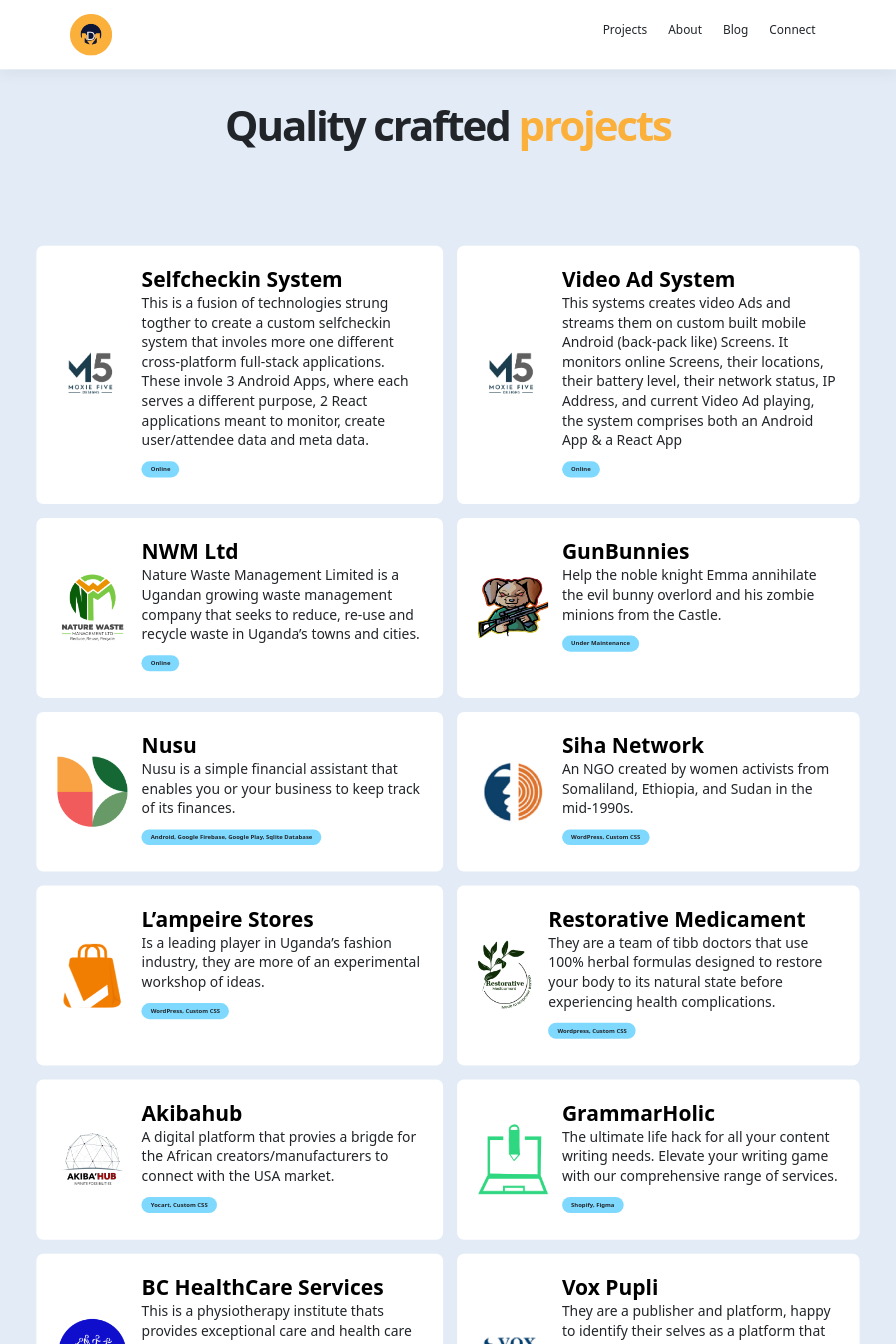
Repository: kaizoku010/firebrand
Page: /apps
These files come from the project's save history. The page is drawn as it stood at one moment and after the next save; the edit follows.
The browser window is 1280 px wide. The pictures show the part of the page from y = 0 to 1920 px (the page is 3160 px tall), at 70% of full size.
The project was rebuilt for these pictures with package versions that can differ from the ones it lists, and the page was loaded fresh each time. Also part of the build but not shown: vite.config.js, src/update/homescreen.css, src/update/homescreen.js, src/update/blog.css, src/update/blog.js, src/update/connect.css, src/update/connect.js. Imported but missing from the stored project, and not drawn on this page: src/update/about.js.

Above is the page before, as saved 2024-05-27 13:18:27.

### public/index.html
<!DOCTYPE html>
<html lang="en">
  <head>
    <meta charset="utf-8" />
    <link rel="icon" href="%PUBLIC_URL%/logo.ico" />
    <meta name="viewport" content="width=device-width, initial-scale=1" />
    <meta name="theme-color" content="#000000" />
    <meta
      name="description"
      content="Welcome to Firebrand, Home of Dixon Muneza"
    />
    <link rel="apple-touch-icon" href="%PUBLIC_URL%/logo.png" />
    <!--
      manifest.json provides metadata used when your web app is installed on a
      user's mobile device or desktop. See https://developers.google.com/web/fundamentals/web-app-manifest/
    -->
    <link rel="manifest" href="%PUBLIC_URL%/manifest.json" />
    <!--
      Notice the use of %PUBLIC_URL% in the tags above.
      It will be replaced with the URL of the `public` folder during the build.
      Only files inside the `public` folder can be referenced from the HTML.

      Unlike "/favicon.ico" or "favicon.ico", "%PUBLIC_URL%/favicon.ico" will
      work correctly both with client-side routing and a non-root public URL.
      Learn how to configure a non-root public URL by running `npm run build`.
    -->
    <title>Dixon Muneza</title>
    <!-- Global site tag (gtag.js) - Google Analytics -->
<script async src="https://www.googletagmanager.com/gtag/js?id=G-C8GX9VTJ6W"></script>
<script>
  window.dataLayer = window.dataLayer || [];
  function gtag(){dataLayer.push(arguments);}
  gtag('js', new Date());

  gtag('config', 'G-C8GX9VTJ6W');
</script>
  </head>
  <body>
    <noscript>You need to enable JavaScript to run this app.</noscript>
    <div id="root"></div>
    <!--
      This HTML file is a template.
      If you open it directly in the browser, you will see an empty page.

      You can add webfonts, meta tags, or analytics to this file.
      The build step will place the bundled scripts into the <body> tag.

      To begin the development, run `npm start` or `yarn start`.
      To create a production bundle, use `npm run build` or `yarn build`.
    -->
  </body>
</html>

### src/App.css
body {
  -webkit-font-smoothing: antialiased;
  background-color: #f3f6f8;
  margin-top: 0px;
  font-family:  ui-sans-serif,system-ui,-apple-system,BlinkMacSystemFont,Segoe UI,Roboto,Helvetica Neue,Arial,Noto Sans,sans-serif,apple color emoji,segoe ui emoji,Segoe UI Symbol,noto color emoji;
;
}

.content{
display: none !important;
}

a {
  text-decoration: none;
  color: #5747ff !important;
}

@media only screen and (max-width: 900px) {
  .holder__ {
    text-align: center;
    padding: 20px;
  }
}

.thumb-lg {
  height: 88px;
  width: 88px;
}
.profile-user-box {
  position: relative;
  border-radius: 5px;
}
.bg-custom {
  /*background-color: #02c0ce !important;  */
  background-color: #02191b !important;
  /* 02191b */
}
.profile-user-box {
  position: relative;
  border-radius: 5px;
}

.card-box {
  padding: 20px;
  position: sticky;
  border-radius: 3px;
  margin-bottom: 30px;
  z-index: 1;
  top: 0;
  background-color: #fff;
}
.inbox-widget .inbox-item img {
  width: 40px;
}

.inbox-widget .inbox-item {
  border-bottom: 1px solid #f3f6f8;
  overflow: hidden;
  padding: 10px 0;
  position: relative;
}

.inbox-widget .inbox-item .inbox-item-img {
  display: block;
  float: left;
  margin-right: 15px;
  width: 40px;
}

.inbox-widget .inbox-item img {
  width: 40px;
}

.inbox-widget .inbox-item .inbox-item-author {
  color: #313a46;
  display: block;
  margin: 0;
}

.inbox-widget .inbox-item .inbox-item-text {
  color: #98a6ad;
  display: block;
  font-size: 14px;
  margin: 0;
}

.inbox-widget .inbox-item .inbox-item-date {
  color: #98a6ad;
  font-size: 11px;
  position: absolute;
  right: 7px;
  top: 12px;
}

.comment-list .comment-box-item {
  position: relative;
}

.comment-list .comment-box-item .commnet-item-date {
  color: #98a6ad;
  font-size: 11px;
  position: absolute;
  right: 7px;
  top: 2px;
}

.comment-list .comment-box-item .commnet-item-msg {
  color: #313a46;
  display: block;
  margin: 10px 0;
  font-weight: 400;
  font-size: 15px;
  line-height: 24px;
}

.comment-list .comment-box-item .commnet-item-user {
  color: #98a6ad;
  display: block;
  font-size: 14px;
  margin: 0;
}

.comment-list a + a {
  margin-top: 15px;
  display: block;
}

.ribbon-box .ribbon-primary {
  background: #2d7bf4;
}

.ribbon-box .ribbon {
  position: relative;
  float: left;
  clear: both;
  padding: 5px 12px 5px 12px;
  margin-left: -30px;
  margin-bottom: 15px;
  font-family: Rubik, sans-serif;
  -webkit-box-shadow: 2px 5px 10px rgba(49, 58, 70, 0.15);
  -o-box-shadow: 2px 5px 10px rgba(49, 58, 70, 0.15);
  box-shadow: 2px 5px 10px rgba(49, 58, 70, 0.15);
  color: #fff;
  font-size: 13px;
}
.text-custom {
  color: #949797 !important;
}

.badge-custom {
  background: #02c0ce;
  color: #fff;
}
.badge {
  font-family: Rubik, sans-serif;
  -webkit-box-shadow: 0 0 24px 0 rgba(0, 0, 0, 0.06),
    0 1px 0 0 rgba(0, 0, 0, 0.02);
  box-shadow: 0 0 24px 0 rgba(0, 0, 0, 0.06), 0 1px 0 0 rgba(0, 0, 0, 0.02);
  padding: 0.35em 0.5em;
  font-weight: 500;
}
.text-muted {
  color: #98a6ad !important;
}
project_list
.font-13 {
  font-size: 13px !important;
}

.fire-text {
  text-align: justify;
}

@media screen and (max-width: 800px) {
  .card-box {
    padding: 20px !important;
    position: sticky;
    border-radius: 3px;
    margin-bottom: 30px;
    z-index: 1;
    top: 0;
    background-color: #fff;
  }
}


.main-color{
  color: #fbb03b;
}

### src/update/header.js
import React from 'react'
import "./header.css"
import Logo from "../img/logo.png"
import Email from "../img/email.png"
import { Link } from "react-router-dom";

function header() {
  return (
      <header class="header">
    <nav>
    <div class="logo">
          <a class="name_logo" href="index.html">Muneza.<span>Dixon</span></a>
        <Link to="/">  <img class="fireband-logo" src={ Logo} /></Link>
    </div>
    <input type="checkbox" id="menu-toggle"/>
    <label for="menu-toggle" class="menu-icon">&#9776;</label>
    <ul class="menu">
      <li><Link to={"apps"}>Projects</Link></li>
      <li><Link to={"about"} href="#">About</Link></li>
      <li><Link to={"blog"}>Blog</Link></li>
      <li><a href={"connect"}>Connect</a></li>
    </ul>
  </nav>
</header>
  )
}
// #9f0009 reds
export default header

### src/update/header.css
header_div {
    padding: 0;
    margin: 0;
    box-sizing: border-box;
    font-family: sans-serif;
    text-decoration: none;
    list-style: none;
  }


  .name_logo{
    display:none;
  }

  .header {
    position: sticky;
    top: 0;
    grid-area: header;
    width: 100%;
    box-shadow: 0 4px 20px hsla(207, 24%, 35%, 0.1);
    background-color: white;
    z-index: 2;
  }

  .email-ic{
    width:38px;
  }

  nav {
    display: flex;
    justify-content: space-between;
    align-items: center;
    padding: 20px 100px;
  }

  .logo a {
    font-size: 24px;
    font-weight: bold;
    color: #fff;
  }

  .logo a span {
    color: #8739fa;
  }


  .menu {
    display: flex;
    list-style:none;
    justify-content: center;
    align-items: center;
  }

  .menu a {
    display: block;
    padding: 7px 15px;
    font-size: 17px;
    font-weight: 500;
    transition: 0.2s all ease-in-out;
    color: #fff;
  }

  .menu:hover a {
    opacity: 0.4;
  }

  .menu a:hover {
    opacity: 1;
    color: #fff;
  }

  .menu-icon {
    display: none;
  }

  #menu-toggle {
    display: none;
  }

  #menu-toggle:checked ~ .menu {
    transform: scale(1, 1);
  }

  @media only screen and (max-width: 950px) {
    .menu {
      flex-direction: column;
      background-color: white;
      align-items: start;
      position: absolute;
      top: 82px;
      left: 0;
      width: 100%;
      z-index: 1;
      padding-left: 10px;
      transform: scale(1, 0);
      transform-origin: top;
      transition: transform 0.3s ease-in-out;
      box-shadow: rgba(0, 0, 0, 0.15) 1.95px 1.95px 2.6px;
    }

    nav {
      display: flex;
      justify-content: space-between;
      align-items: center;
      padding: 18px 30px;
  }

    .name_logo{
        display:none;
      }

    .menu a {
      margin-left: 12px;
    }

    .menu li {
      margin-bottom: 10px;
    }

    .menu-icon {
      display: block;
      color: black;
      font-size: 28px;
      cursor: pointer;
    }
    /* my logo */

  .fireband-logo{
    width: 50px !important;

  }
  }



  .fireband-logo{
    width: 60px;
  }


  .header a {
    color:#212529 !important
      }
    .header a:hover {
        color:#fbb03b !important;
    }

### src/update/appsPage.css
.appsHolder {
  background-color: #e3ecf6 !important;
  padding-right: 1.5em;
  padding-left: 1.5em;
}

.appsHeading {
  text-align: center;
  font-size: 3.75em;
  line-height: 1;
  margin-bottom: 4rem;
  font-weight: 700;
  letter-spacing: -0.05em !important;
  padding: 50px;
}

.sites-holder {
  place-content: center !important;
}

.apps-span {
  color: #fbb03b;
}

.sites {
  display: flex;
  gap: 50px;
  place-content: center !important;
}

.top-element:hover {
  box-shadow: 0 4px 8px 0 rgba(0, 0, 0, 0.2), 0 4px 20px 0 rgba(0, 0, 0, 0);
  transition: 0.75rem;
}

.top-element {
  cursor: pointer;
  width: -moz-fit-content;
  width: fit-content;
  background-color: white;
  display: flex;

  padding: 30px;
  border-radius: 10px;
  flex-direction: row;
}

.site-title {
  font-size: 1.875rem;
  line-height: 2.25rem;
  color: black;
  font-weight: 700;
  margin-bottom: 0.125rem;
}

.site-title:hover {
  color: #f2b44d;
}

.site-logo {
  width: 100px;
  align-self: center;
  height: 100px;
  border-radius: 0px;
}

.site-text-holder {
  display: flex;
  padding-left: 20px;
  flex-direction: column;
}

.site-desc {
  font-size: 1.24rem;
  font-weight: 400;
  line-height: 1.75rem;
}

.chip-layout {
  display: flex;
  gap: 12px;
}
.sites-list {
  display: grid;
  grid-template-columns: repeat(2, auto);
  grid-template-rows: auto;
  padding: 1%;
  gap: 20px;
  list-style-type: none;
  margin: 1rem;
  height: -webkit-max-content;
  height: max-content;
}

/* mobile view */
@media only screen and (max-width: 950px) {
  .sites-list {
    display: grid;
    grid-template-columns: repeat(1, auto);
    grid-template-rows: auto;
    padding: 1%;
    gap: 10px;
    list-style-type: none;
    margin: 1rem;
    height: -webkit-max-content;
    height: max-content;
  }
  .site-title:hover {
    color: #f2b44d;
  }

  .appsHolder {
    background-color: #e3ecf6 !important;
    padding-right: 0.5em;
    padding-left: 0.5em;
  }

  .site-logo {
    /* width: 100%; */
    align-self: center;
    margin-left: 20px !important;
    height: 100px;
    border-radius: 0px;
  }

  .appsHeading {
    text-align: center;
    font-size: 3.75em;
    line-height: 1;
    padding: 24px !important;
    text-align: justify !important;
    margin-bottom: 0rem !important;
    font-weight: 700;
    letter-spacing: -0.05em !important;
    padding: 50px;
  }

  .top-element {
    cursor: pointer;
    width: -moz-fit-content;
    width: fit-content;
    display: block !important;
    background-color: white;
    padding: 30px;
    border-radius: 10px;
    flex-direction: row;
  }
}

.link-list {
  color: black;
  text-decoration: none !important;
}

### src/components/chips.js
import React from 'react'
import "./chips.css"

function chips(props) {
  console.log(props)
  return (
    <div style={{ backgroundColor:props.color}} className="chip">
          <p className="chip-text">
            {
              props.tech ? props.tech : "Tech Stack"
          }</p>
    </div>
  )
}

export default chips

### src/dataPoint/AllProjects.js
import misstintedLogo from '../img/mt.png'
import fireman from '../img/shya.jpg'
import NusuLogo from '../img/nusu.png'
import IMager from "../img/bc_ic.png";
import GBunnies from '../img/gbunnies.png'
import NwmLogo from '../img/nwmLogo.png'
import Shiha from '../img/shiha.png'
import Lamp from '../img/lamp2.png'
import Gram from '../img/gram.jpg';
import VoxP from '../img/vox.png'
import Willapp from '../img/william.png'
import MDP from '../img/mdp.png'
import NGR from '../img/ngb.png'
import Motoka from '../img/motoka.png'
import AkibaIc from '../img/akiba.png'
import Medica from '../img/medica.png'
import MX5 from "../img/logo-png.png"


export default {
  // headings shld be #5747ff
  allProjects: [

    {
      id: '145',
      title: "Selfcheckin System",
      techStacks: ["Online"],
      textColor: 'lightBlue',
      location: 'Kampala, Ug',
       desc: 'This is a fusion of technologies strung togther to create a custom selfcheckin system that involes more one different cross-platform full-stack applications. These invole 3 Android Apps, where each serves a different purpose, 2 React applications meant to monitor, create user/attendee data and meta data.',
      icon: MX5,
      link: 'https://eventform-two.vercel.app/'

  },

    {
      id: '145',
      title: "Video Ad System",
      techStacks: ["Online"],
      textColor: 'lightBlue',
      location: 'Kampala, Ug',
       desc: ' This systems creates video Ads and streams them on custom built mobile Android (back-pack like) Screens. It monitors online Screens, their locations, their battery level, their network status, IP Address, and current Video Ad playing, the system comprises both an Android App & a React App',
      icon: MX5,
      link: 'https://moxie5screen.vercel.app/'

  },

  {
    id: '4',
    title: 'NWM Ltd',
    techStacks: ["Online"],
    backgroundColor: 'white',
    textColor: 'red',
    location: 'Kampala, Uganda',
    desc: 'Nature Waste Management Limited is a Ugandan growing waste management company that seeks to reduce, re-use and recycle waste in Uganda’s towns and cities.',
    icon: NwmLogo,
   link: 'http://naturewasteug.com/'
  },

    {
      id: '445',
      title: "GunBunnies",
      techStacks: ["Under Maintenance"],
      textColor: 'lightBlue',
      location: 'Kampala, Ug',
       desc: 'Help the noble knight Emma annihilate the evil bunny overlord and his zombie minions from the Castle.',
      icon: GBunnies,
      // link: 'https://play.google.com/store/apps/details?id=com.xoGames.GunsBunnies'

  },

    {
      id: '465',
      title: "Nusu",
      techStacks: ["Android, ", "Google Firebase, ", "Google Play, ", "Sqlite Database" ],
      textColor: 'lightBlue',
      location: 'Kampala, Ug',
      desc: 'Nusu is a simple financial assistant that enables you or your business to keep track of its finances.',
      icon: NusuLogo,
      // link: 'https://play.google.com/store/apps/details?id=com.digitalminds.android.nusu'

  },
    {
      id: '17',
      title: 'Siha Network',
      backgroundColor: 'white',
      techStacks: ["WordPress, ", "Custom CSS"],
      textColor: 'lightBlue',
      location: 'Kampala, Ug',
      desc: 'An NGO created by women activists from Somaliland, Ethiopia, and Sudan in the mid-1990s.',
      icon: Shiha,
      // link: 'https://lampeire.com/'
    },
    {
      id: '7',
      title: 'L’ampeire Stores',
      backgroundColor: 'Orange',
      techStacks: ["WordPress, ", "Custom CSS"],
      textColor: 'white',
      location: 'Kampala, Ug',
      desc: 'Is a leading player in Uganda’s fashion industry, they are more of an experimental workshop of ideas.',
      icon: Lamp,
      // link: 'https://lampeire.com/'
    },
    {
      id: '332',
      title: 'Restorative Medicament',
      techStacks: ["Wordpress, ", "Custom CSS"],
      desc: "They are a team of tibb doctors that use 100% herbal formulas designed to restore your body to its natural state before experiencing health complications.",
      icon: Medica,
      link: 'https://www.restorativemedicament.com/',
    },

    {
      id: '3t2',
      title: 'Akibahub',
      techStacks: ["Yocart, ", "Custom CSS"],
      backgroundColor: 'red',
      desc: 'A digital platform that provies a brigde for the African creators/manufacturers to connect with the USA market.',
      icon: AkibaIc,
      textColor: 'white',
      location: 'Kampala, Ug',
      // link: 'https://akibahub.com/'
    },
    {
      id: '23',
      title: 'GrammarHolic',
      backgroundColor: 'white',
      techStacks: ["Shopify, ", "Figma"],
      textColor: 'black',
      location: 'London, UK',
      desc: 'The ultimate life hack for all your content writing needs. Elevate your writing game with our comprehensive range of services.',
      icon: Gram,
      // link: 'https://www.grammarholic.com/'
    },
    {
      id: '1',
      title: 'BC HealthCare Services',
      desc: 'This is a physiotherapy institute thats provides exceptional care and health care services in Uganda.',
      icon: IMager,
      techStacks: ["WordPress, ", "Custom CSS"],
      location: 'Kampala, Uganda',
      backgroundColor: 'white',
      //506cef
      textColor: 'black',
      // link: 'http://bchealthcareug.com/'
    },

    {
      id: '2',
      location: 'Kampala, Uganda',
      title: 'Vox Pupli',
      techStacks: ["WordPress, ", "Custom CSS"],
      backgroundColor: 'white',
      textColor: 'black',
      desc: 'They are a  publisher and platform, happy to identify their selves as a platform that fosters public debate on issues that we consider the most important for our generation.',
      icon: VoxP,
      link: 'https://voxpopuli.ug/'
    },
    {
      id: '42',
      location: 'Kampala, Uganda',
      title: 'Willapps Ug',
      backgroundColor: 'white',
      techStacks: ["WordPress", "Custom CSS"],
      textColor: 'black',
      desc: 'With over 5 years of hands on experience in the digital space in Uganda, Willapps has grown to become a go to provider of IT solutions.',
      icon: Willapp,
      link: 'https://willappsug.com/'
    },
    {
      id: '3',
      backgroundColor: 'white',
      textColor: 'red',
      location: 'London, UK',
      techStacks: ["WordPress, ", "Custom CSS"],
      title: 'MissTinted',
      desc: 'People buy products that make them feel amazing, and at TINTEDS they offer some of the most incredibly useful products.',
      icon: misstintedLogo,
      // link: 'http://misstinted.com/'
    },

    {
      id: '6',
      title: 'MDP ARCHITECTURE SARL',
      backgroundColor: 'white',
      techStacks: ["WordPress, ", "Custom CSS"],
      textColor: 'black',
      location: 'Kigali, Rwanda',
      desc: 'Nous sommes un bureau d’architecture dont les activités sont axées principalement sur la prestation de services adéquats de conception en appui à nos clients dans la planification et la mise en œuvre.',
      icon: MDP,
      link: 'http://mdparchitecture.com/'
    },

    {
      id: '8',
      title: 'National Gaming Board',
      desc: 'The National Lotteries and Gaming Regulatory Board Uganda (NLGRB) is a body corporate established under the Lotteries and Gaming Act No. 7 of 2016 which came into effect on 8th April 2016.',
      icon: NGR,
      location: 'Kampala, Uganda',
      techStacks: ["WordPress", "Custom CSS"],
      backgroundColor: 'white',
      textColor: 'black',
      link: 'https://lgrb.go.ug/'
    },
    {
      id: '9',
      title: 'Wuzi-Africa',
      backgroundColor: 'white',
      techStacks: ["WordPress", "Custom CSS"],
      location: 'Stockholm, Sweden',
      textColor: 'black',
      desc: 'From West Nile to Kabale, Moroto to Tororo, dedicated creative communities will be creating bold fabrics and designer garments from recycled old clothes collected across Uganda.',
      icon: fireman,
      link: 'https://wuzi-app.firebaseapp.com/'
    },
    {
      id: '10',
      techStacks: ["WordPress", "Custom CSS"],
      title: 'Motoka Ads',
      backgroundColor: 'white',
      location: 'Kampala, Uganda',
      textColor: 'red',
      desc: 'Motokads is a multi-vendor car dealer platform based in Uganda that provides and act as a bridge between Car dealers and buyers.',
      icon: Motoka,
      // link: 'https://wuzi-app.firebaseapp.com/'
    }
  ]
}

### src/update/footer.css
.site-footer
{
  position: relative;
  background-color:#f0f2f4e4;
  padding:45px 0 20px;
  font-size:15px;
  line-height:24px;
  color:#737373;
}

.row{
  align-items: center !important;
}

.facebook{
    width: 30px;
}
.site-footer hr
{
  border-top-color:#bbb;
  opacity:0.5
}
.site-footer hr.small
{
  margin:20px 0
}
.site-footer h6
{
  color:#fff;
  font-size:16px;
  text-transform:uppercase;
  margin-top:5px;
  letter-spacing:2px
}
.site-footer a
{
  color:#737373;
}
.site-footer a:hover
{
  color:#3366cc;
  text-decoration:none;
}
.footer-links
{
  padding-left:0;
  list-style:none
}
.footer-links li
{
  display:block
}
.footer-links a
{
  color:#737373
}
.footer-links a:active,.footer-links a:focus,.footer-links a:hover
{
  color:#3366cc;
  text-decoration:none;
}
.footer-links.inline li
{
  display:inline-block
}
.site-footer .social-icons
{
  text-align:right
}
.site-footer .social-icons a
{
  width:40px;
  height:40px;
  line-height:40px;
  margin-left:6px;
  margin-right:0;
  border-radius:100%;
}
.copyright-text
{
  margin:0
}
@media (max-width:991px)
{
  .site-footer [class^=col-]
  {
    margin-bottom:30px
  }
}
@media (max-width:767px)
{

  .copyright-text{
    margin:10px;
  }
  .site-footer
  {
    padding-bottom:0
  }
  .site-footer .copyright-text,.site-footer .social-icons
  {
    text-align:center
  }
}
.social-icons
{
  padding-left:0;
  margin-bottom:0;
  list-style:none
}
.social-icons li
{
  display:inline-block;
  margin-bottom:4px
}
.social-icons li.title
{
  margin-right:15px;
  text-transform:uppercase;
  color:#96a2b2;
  font-weight:700;
  font-size:13px
}
.social-icons a{
  background-color:#eceeef;
  color:#818a91;
  font-size:16px;
  display:inline-block;
  line-height:44px;
  width:44px;
  height:44px;
  text-align:center;
  margin-right:8px;
  border-radius:100%;
  -webkit-transition:all .2s linear;
  -o-transition:all .2s linear;
  transition:all .2s linear
}
.social-icons a:active,.social-icons a:focus,.social-icons a:hover
{
  color:#fff;
  background-color:#ebebeb
}
.social-icons.size-sm a
{
  line-height:34px;
  height:34px;
  width:34px;
  font-size:14px
}
.social-icons a.facebook:hover
{
  background-color:#e7e9e9
}
.social-icons a.twitter:hover
{
  background-color:#00aced
}
.social-icons a.linkedin:hover
{
  background-color:#007bb6
}
.social-icons a.dribbble:hover
{
  background-color:#ea4c89
}
@media (max-width:767px)
{
  .social-icons li.title
  {
    display:block;
    margin-right:0;
    font-weight:600
  }
}

### src/components/chips.css
.chip{
    background-color: rgb(127, 217, 255);
    width: -moz-fit-content;
    width: fit-content;

    border-radius: 20px;
}

.chip-text {
    padding: 5px;
    font-weight: 700;
    font-size: 8.5px;
    margin: 8px;
}

Loaded but not shown: src/index.js (common file); src/index.css (common file); src/reportWebVitals.js (common file); src/update/appsPage.js (55 lines, source omitted); src/update/footer.js (37 lines, source omitted); src/App.js (35 lines, source omitted); src/update/homescreen.css (no copy from this time; the picture is the same without it)

After the next save:
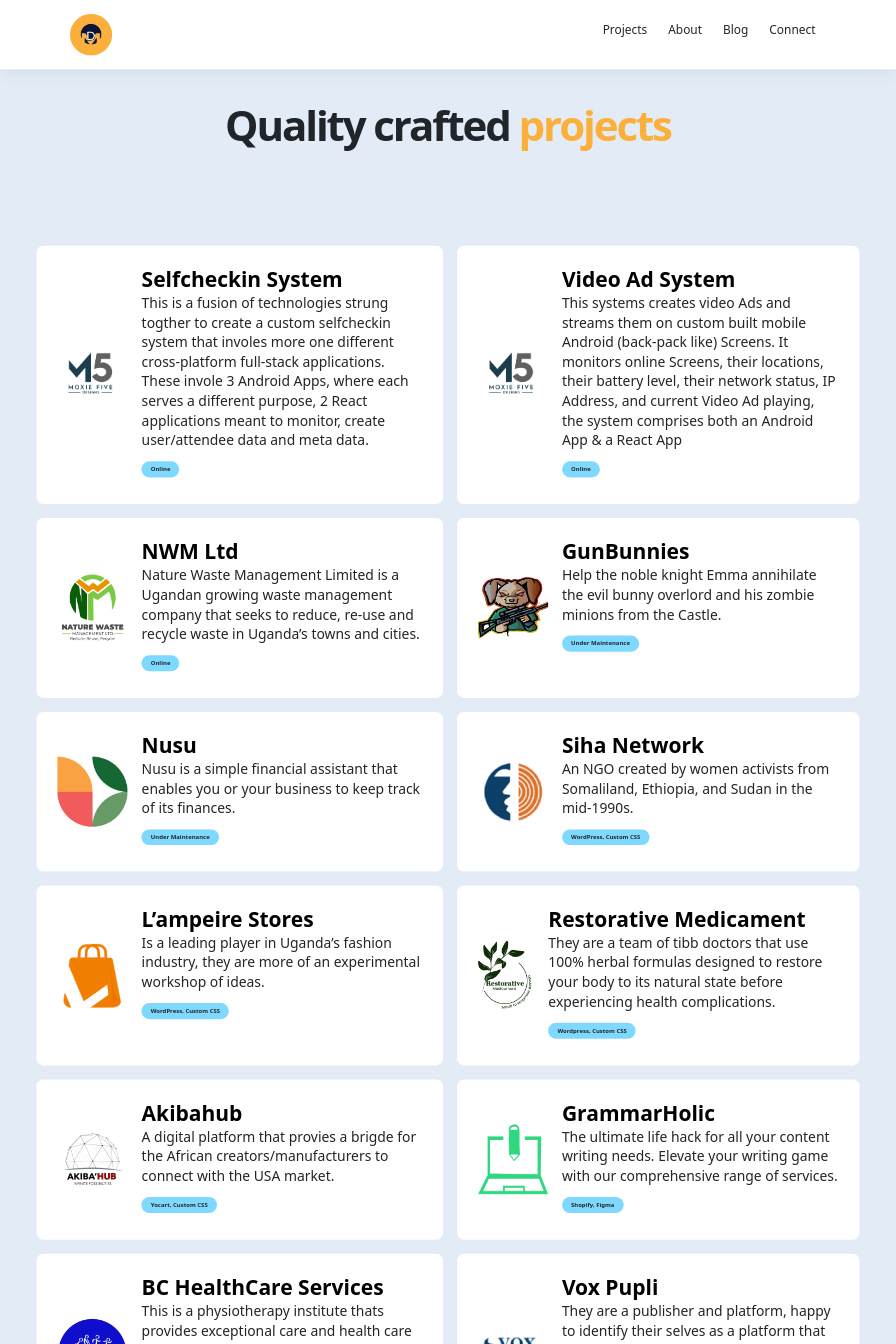
Saved 6 s later.
--- a/src/dataPoint/AllProjects.js
+++ b/src/dataPoint/AllProjects.js
@@ -72,7 +72,7 @@
     {
       id: '465',
       title: "Nusu",
-      techStacks: ["Android, ", "Google Firebase, ", "Google Play, ", "Sqlite Database" ],
+      techStacks: ["Under Maintenance"],
       textColor: 'lightBlue',
       location: 'Kampala, Ug',
       desc: 'Nusu is a simple financial assistant that enables you or your business to keep track of its finances.',
